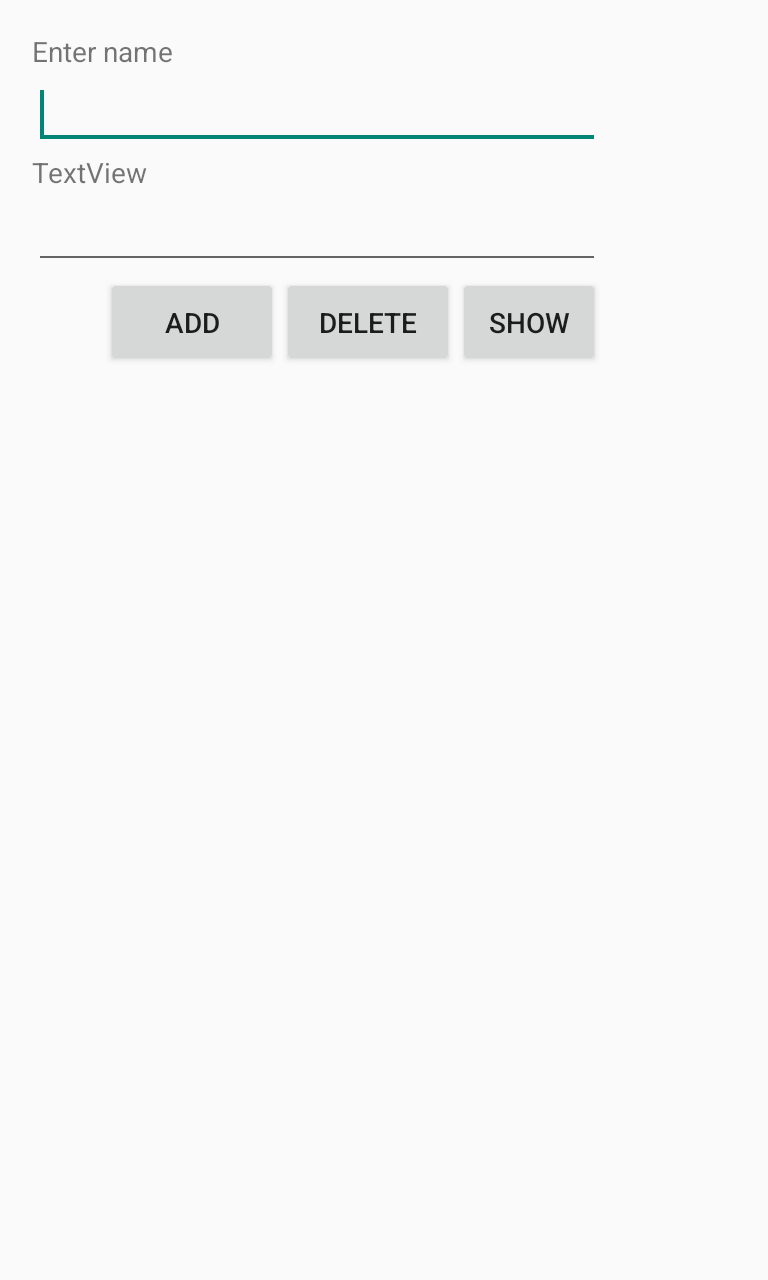
Repository: shivamgeek/Android-Code-Examples
Layout: newDB/res/layout/activity_main.xml
An editor plug-in stored every save of this project. The layout is shown before and after the next save, followed by the edit.
It is drawn on a 768 x 1280 px phone screen (xhdpi) without system bars, with theme AppTheme; the app's code is not run.

Above is the layout before, as saved 2015-08-11 14:32:34.

### newDB/res/layout/activity_main.xml
<LinearLayout xmlns:android="http://schemas.android.com/apk/res/android"
    xmlns:tools="http://schemas.android.com/tools"
    android:id="@+id/LinearLayout1"
    android:layout_width="match_parent"
    android:layout_height="match_parent"
    android:orientation="vertical"
    android:paddingBottom="@dimen/activity_vertical_margin"
    android:paddingLeft="@dimen/activity_horizontal_margin"
    android:paddingRight="@dimen/activity_horizontal_margin"
    android:paddingTop="@dimen/activity_vertical_margin"
    tools:context="com.example.newdb.MainActivity" >

    <LinearLayout
        android:id="@+id/ly1"
        android:layout_width="285dp"
        android:layout_height="14dp"
        android:layout_weight="0.88"
        android:orientation="vertical" >

        <TextView
            android:id="@+id/textView1"
            android:layout_width="wrap_content"
            android:layout_height="wrap_content"
            android:text="Enter name" />

        <EditText
            android:id="@+id/editText1"
            android:layout_width="match_parent"
            android:layout_height="wrap_content"
            android:ems="10" >

            <requestFocus />
        </EditText>

        <TextView
            android:id="@+id/Enter Email"
            android:layout_width="wrap_content"
            android:layout_height="wrap_content"
            android:text="TextView" />

        <EditText
            android:id="@+id/editText2"
            android:layout_width="match_parent"
            android:layout_height="wrap_content"
            android:ems="10" />

        <RelativeLayout
            android:layout_width="match_parent"
            android:layout_height="wrap_content" >

            <Button
                android:id="@+id/button1"
                android:layout_width="wrap_content"
                android:layout_height="wrap_content"
                android:layout_alignParentLeft="true"
                android:layout_alignParentTop="true"
                android:layout_marginLeft="36dp"
                android:text="Add" />

            <Button
                android:id="@+id/button2"
                android:layout_width="wrap_content"
                android:layout_height="wrap_content"
                android:layout_alignParentTop="true"
                android:layout_toRightOf="@+id/button1"
                android:text="Delete" />

            <Button
                android:id="@+id/button3"
                android:layout_width="wrap_content"
                android:layout_height="wrap_content"
                android:layout_alignParentTop="true"
                android:layout_toRightOf="@+id/button2"
                android:text="Show" />

        </RelativeLayout>

    </LinearLayout>

    <LinearLayout
        android:id="@+id/ly2"
        android:layout_width="284dp"
        android:layout_height="232dp"
        android:orientation="vertical" >

    </LinearLayout>

</LinearLayout>

Loaded but not shown: newDB/res/values/styles.xml (common file); newDB/res/values-v11/styles.xml (common file); newDB/res/values-v14/styles.xml (common file); newDB/res/values/dimens.xml (common file); newDB/res/values-w820dp/dimens.xml (common file)

After the next save:
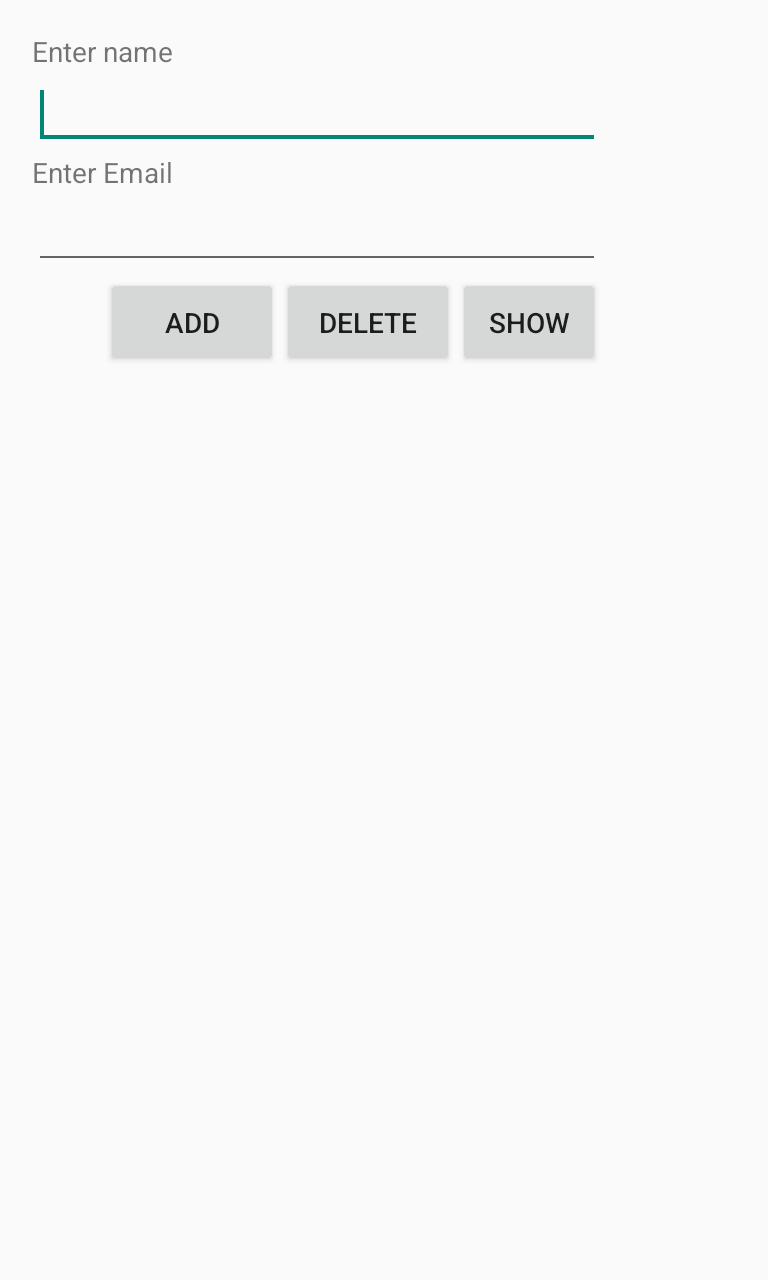
Saved 43 s later.
--- a/newDB/res/layout/activity_main.xml
+++ b/newDB/res/layout/activity_main.xml
@@ -33,10 +33,10 @@
         </EditText>
 
         <TextView
-            android:id="@+id/Enter Email"
+            android:id="@+id/textView2"
             android:layout_width="wrap_content"
             android:layout_height="wrap_content"
-            android:text="TextView" />
+            android:text="Enter Email" />
 
         <EditText
             android:id="@+id/editText2"
